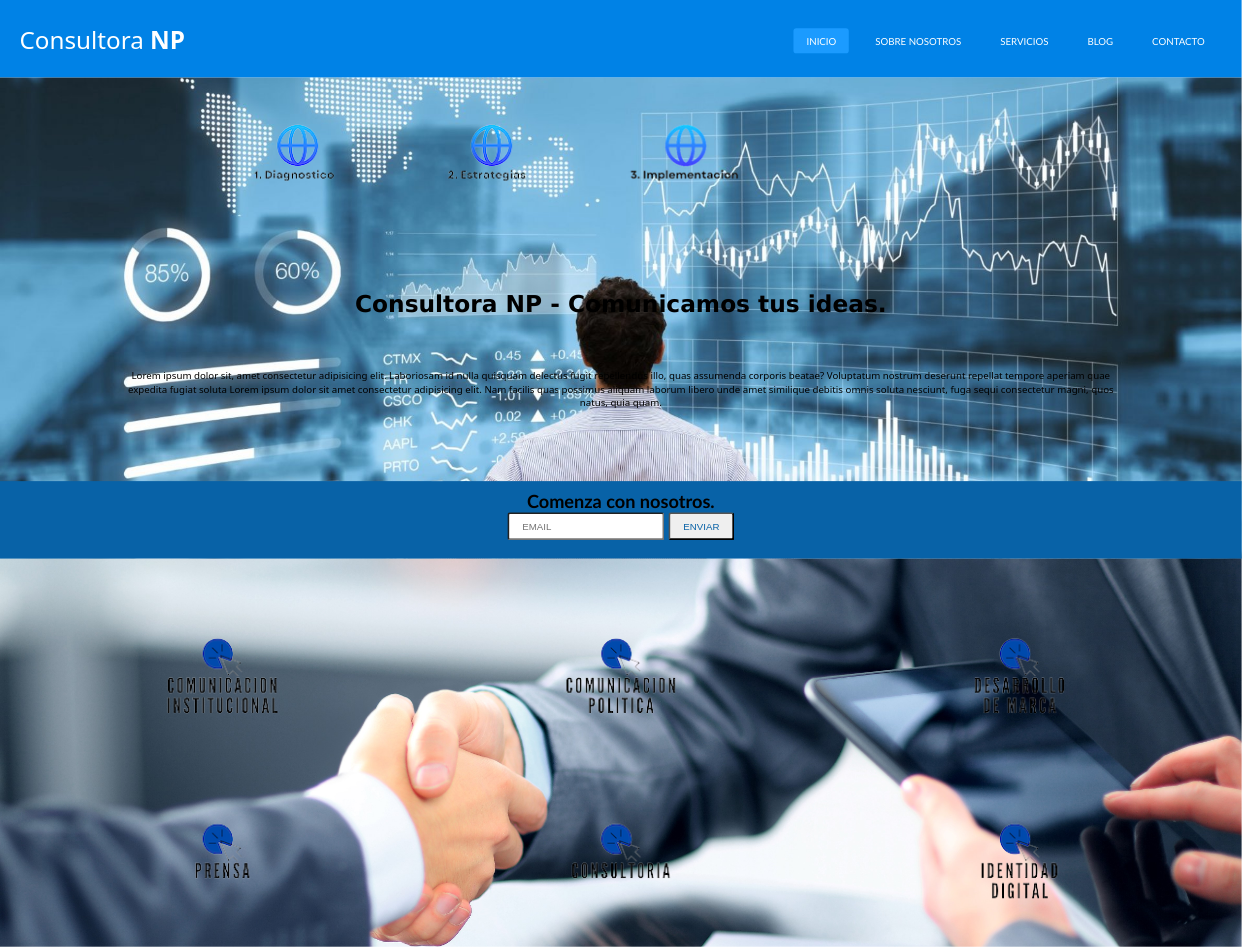
Repository: Batu120/pre-entrega2
Page: index.html
The author's editor kept a copy of each file at every save. The page is drawn from the files as they stood at one save, then again after a run of saves.
The browser window is 1280 px wide. The pictures show the whole page, at 97% of full size.

Above is the page before, as saved 2022-11-02 14:33:34.

After the next 2 saves:
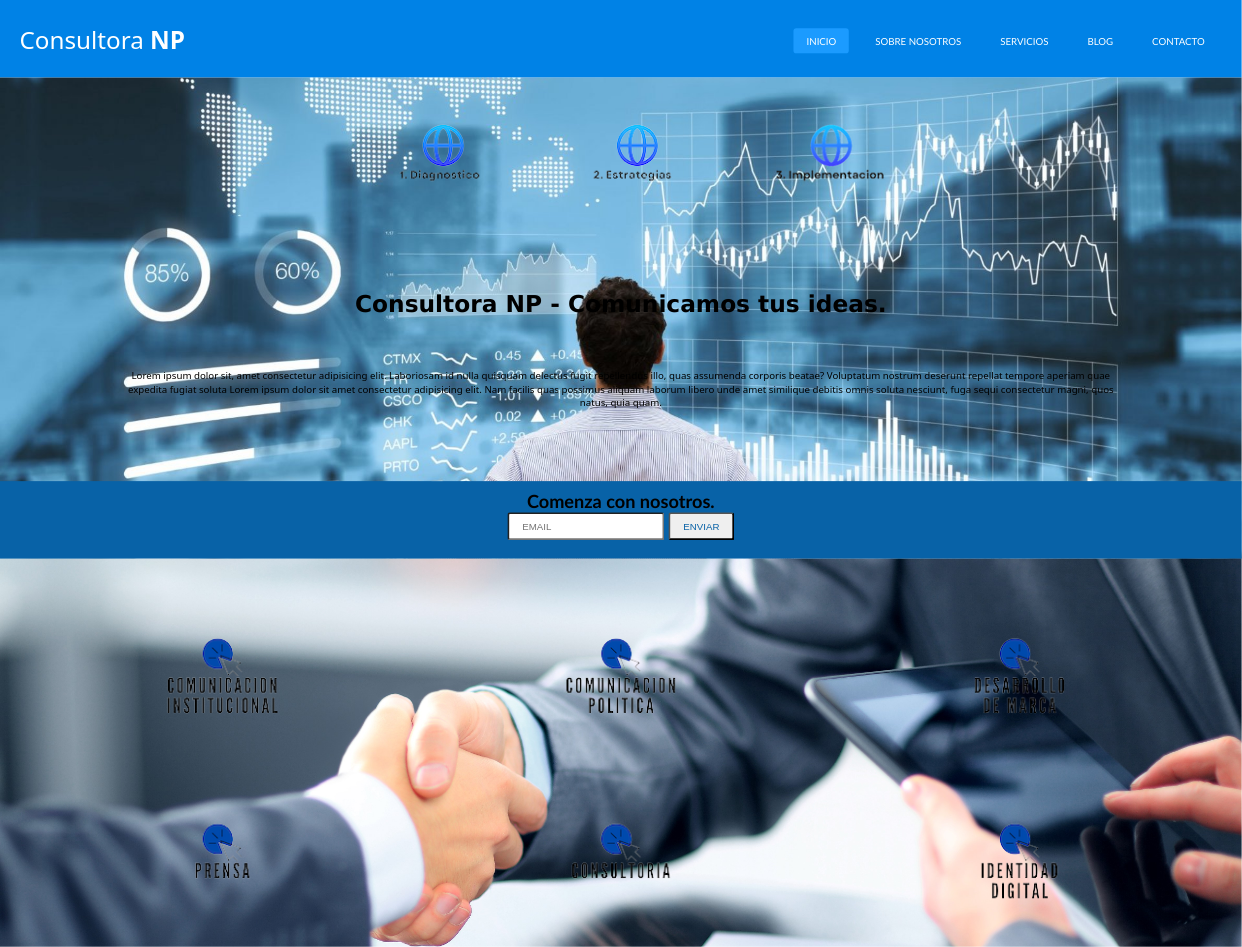
The 2 saves are shown as one change because they came seconds apart.
The last was saved 11 s later.
--- a/CSS/style.css
+++ b/CSS/style.css
@@ -126,7 +126,7 @@ a.active,a:hover{
         display: grid;
         grid-template-columns: auto auto auto;
         justify-content: center;
-        margin-left: 200px;
+        margin-left: 500px;
     }
     .container-div{
         display: flex;
